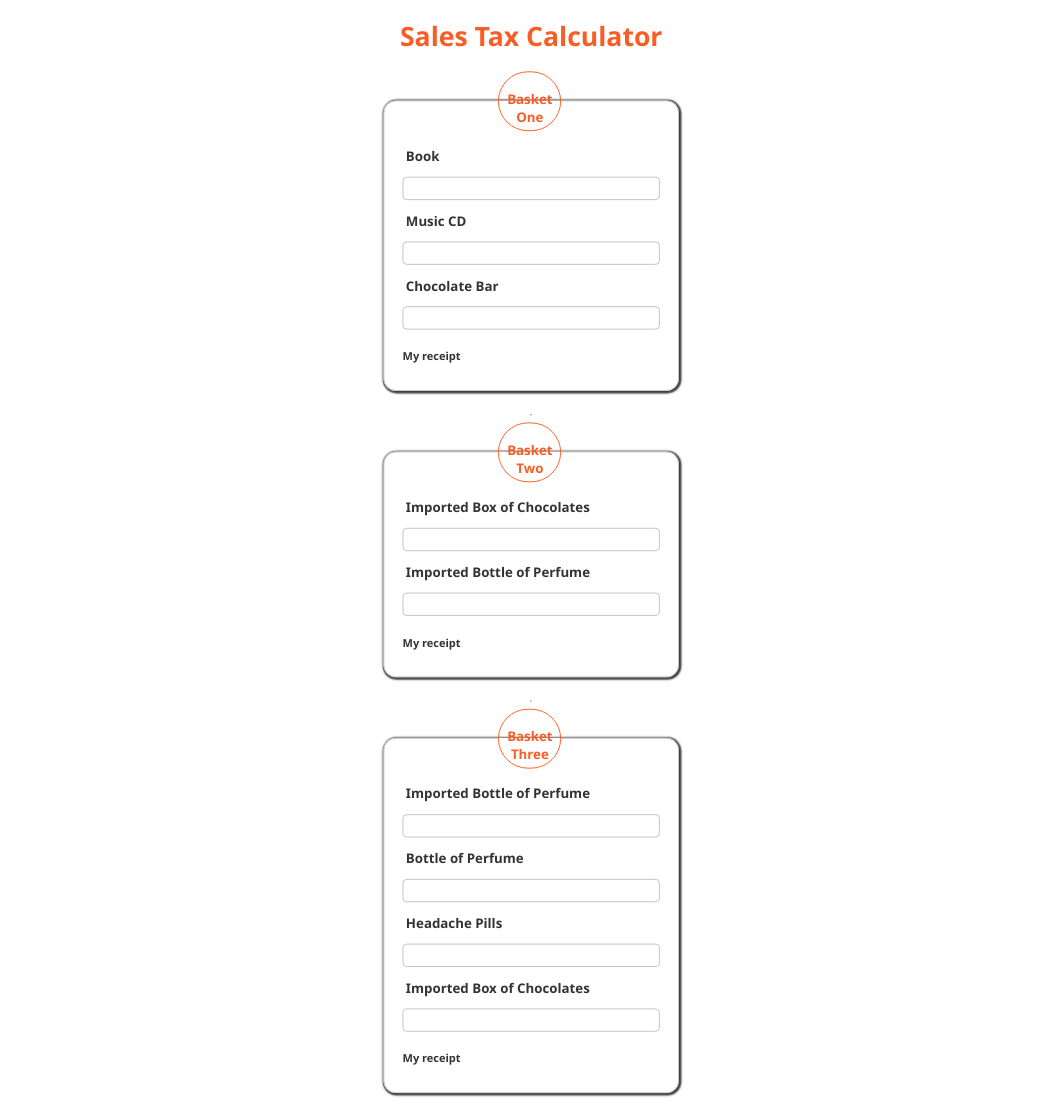
Repository: duzzisantos/sales-tax
Page: index.html
These files come from the project's save history. The page is drawn as it stood at one moment and after the next save; the edit follows.
The browser window is 1280 px wide. The pictures show the whole page, at 83% of full size.

Above is the page before, as saved 2022-05-25 23:59:25.

After the next save:
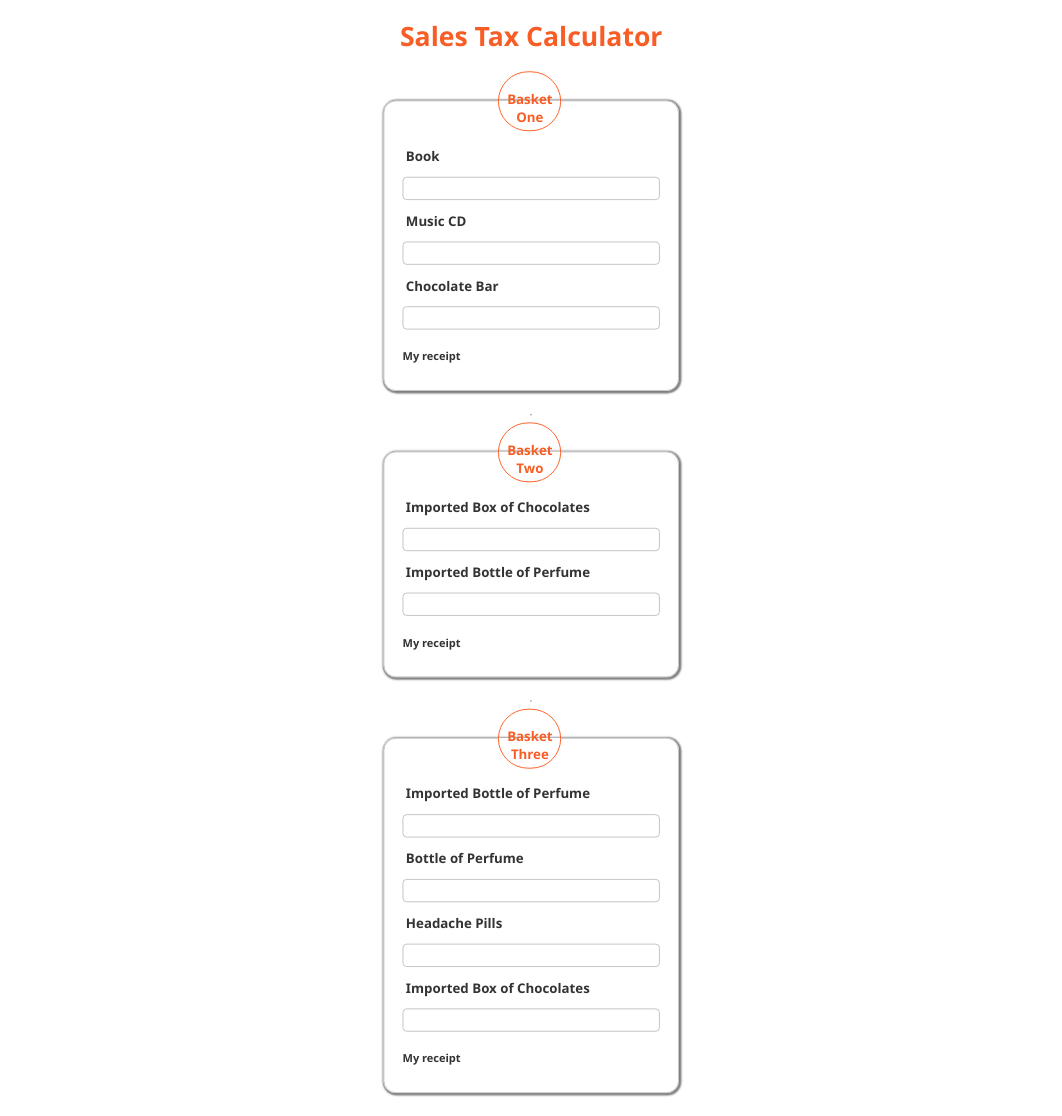
Saved 8 s later.
--- a/style.css
+++ b/style.css
@@ -17,7 +17,7 @@ fieldset{
     border: 1px solid rgb(185, 185, 185);
     border-radius: 15px;
     margin-bottom: 20px;
-    box-shadow: 1px 1px 2px 2px rgba(0, 0, 0, 0.76);
+    box-shadow: 1px 1px 2px 2px rgba(0, 0, 0, 0.5);
 }
 
 legend{
